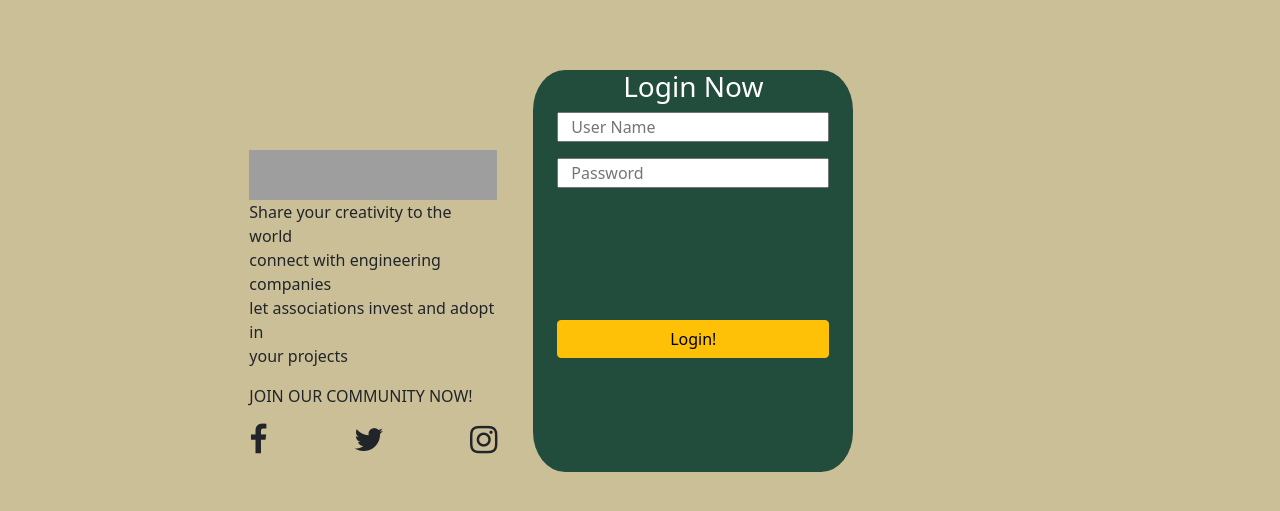
Repository: ahmadjamal-1997/Project-Taqadam
Page: http://localhost/Taqadam/WEB-INF/login.jsp
The author's editor kept a copy of each file at every save. The page is drawn from the files as they stood at one save, then again after the next save.
The browser window is 1280 px wide. The pictures show the whole page.
Pictures or frames that could not be fetched are drawn as grey boxes. The page is served by Tomcat 9. Nobody is signed in. The template is opened directly, without the code that normally fills it, so the values that code supplies are empty.

Above is the page before, as saved 2022-03-31 10:28:47.

After the next save:
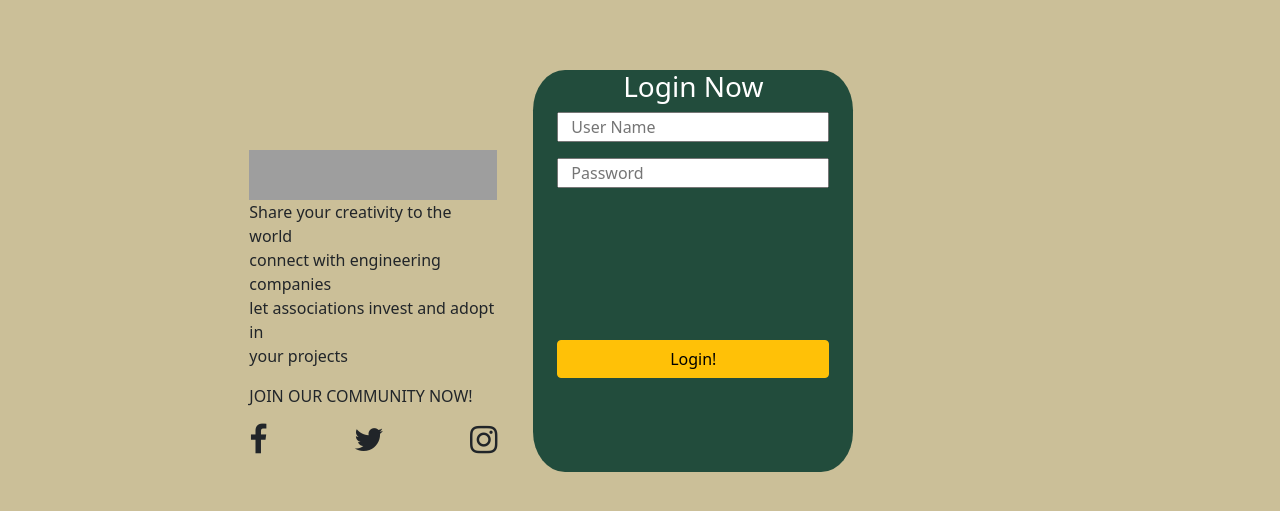
Saved 7 s later.
--- a/Taqadam-new/Taqadam-java/Taqadam-new/Taqadam/src/main/webapp/WEB-INF/login.jsp
+++ b/Taqadam-new/Taqadam-java/Taqadam-new/Taqadam/src/main/webapp/WEB-INF/login.jsp
@@ -61,7 +61,7 @@
             <div class="row mb-3">
             <input type="password" id="password" name="password" placeholder="Password"/>
             </div>
-            <div class="row mb-3" style="height:100px">
+            <div class="row mb-3" style="height:120px">
             </div>
             <div class="row mb-3">
        		 <input type="hidden" name="${_csrf.parameterName}" value="${_csrf.token}"/>
